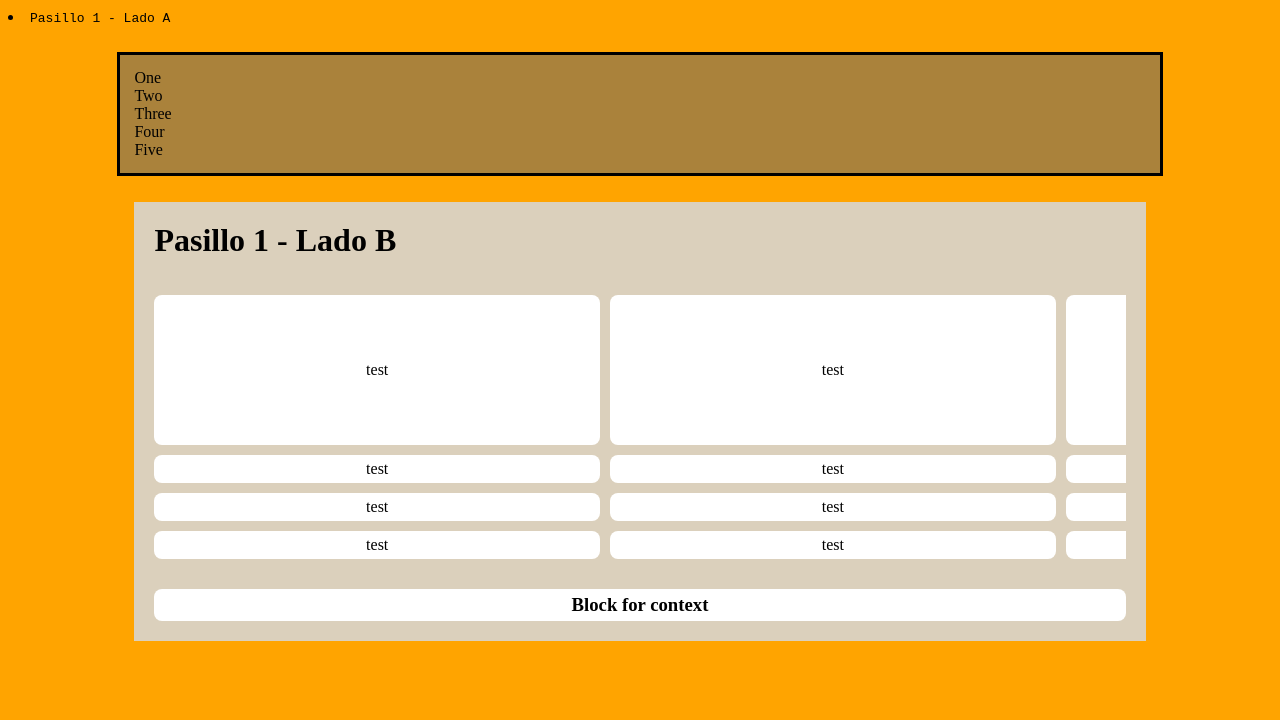
Repository: Franzcod/DepoStock_Web
Page: index.html
An editor plug-in stored every save of this project. The page is shown before and after the next save, followed by the edit.
The browser window is 1280 px wide. The pictures show the whole page.

Above is the page before, as saved 2020-06-07 02:21:09.
Console error: ReferenceError: ur is not defined

### index.html
<!DOCTYPE html>
<html lang="en">
<head>
    <meta charset="UTF-8">
    <meta name="viewport" content="width=device-width, initial-scale=1.0">
    <title>Deposito Probusol</title>

    <link rel="stylesheet" href="estilo/estilo.css">
</head>
<body>

    <li><code>Pasillo 1 - Lado A</code>
        <div id="div2">
            <div class="wrapper">
                <div class="box1">One</div>
                <div class="box2">Two</div>
                <div class="box3">Three</div>
                <div class="box4">Four</div>
                <div class="box5">Five</div>
            </div>
        </div>
    </li>

    <div class="app">
        <h1>Pasillo 1 - Lado B</h1>

        <ul class="hs">
            <li class="item">test</li>
            <li class="item">test</li>
            <li class="item">test</li>
            <li class="item">test</li>
            <li class="item">test</li>
            <li class="item">test</li>
            <li class="item">test</li>
            <li class="item">test</li>
            <li class="item">test</li>
            <li class="item">test</li>
            <li class="item">test</li>
            <li class="item">test</li>
            <li class="item">test</li>
            <li class="item">test</li>
            <li class="item">test</li>
            <li class="item">test</li>
            <li class="item">test</li>
            <li class="item">test</li>
            <li class="item">test</li>
            <li class="item">test</li>
            <li class="item">test</li>
            <li class="item">test</li>
            <li class="item">test</li>
            <li class="item">test</li>
        </ul>

        <div class="container">
            <div class="item">
            <h3>Block for context</h3>
            </div>
        </div>
    </div>






    <script>ur</script>

</body>







</html>

### estilo/estilo.css
html{
    background-color: rgba(255, 164, 0, 1);
}

#div2 {
    border: 3px solid black;
    width:  80%;
    height: 40%;
    margin: 2vw auto;
    padding: 2vh 2vh;
    background-color: rgba(105, 105, 105, 0.565);
}

#div2 { overflow-x: scroll;}

:root {
--gutter: 20px;
}

.app {
padding: var(--gutter) 0;
display: grid;
grid-gap: var(--gutter) 0;
grid-template-columns: var(--gutter) 1fr var(--gutter);
align-content: start;
}

.app > * {
grid-column: 2 / -2;
}

.app > .full {
grid-column: 1 / -1;
}

.hs {
display: grid;
grid-gap: calc(var(--gutter) / 2);
grid-template-columns: repeat(6, calc(50% - var(--gutter) * 2));
grid-template-rows: minmax(150px, 1fr);

overflow-x: scroll;
scroll-snap-type: x proximity;
padding-bottom: calc(.75 * var(--gutter));
margin-bottom: calc(-.25 * var(--gutter));
}


/* Demo styles */





ul {
list-style: none;
padding: 0;
}

h1,
h2,
h3 {
margin: 0;
}

.app {
width: 80%;
height: 667px;
background: #DBD0BC;
overflow-y: scroll;
margin: 2vw auto;
height: 40%;
}

.hs > li,
.item {
scroll-snap-align: center;
padding: calc(var(--gutter) / 6 * 1.5);
display: flex;
flex-direction: column;
justify-content: center;
align-items: center;
background: #fff;
border-radius: 8px;
}

After the next save:
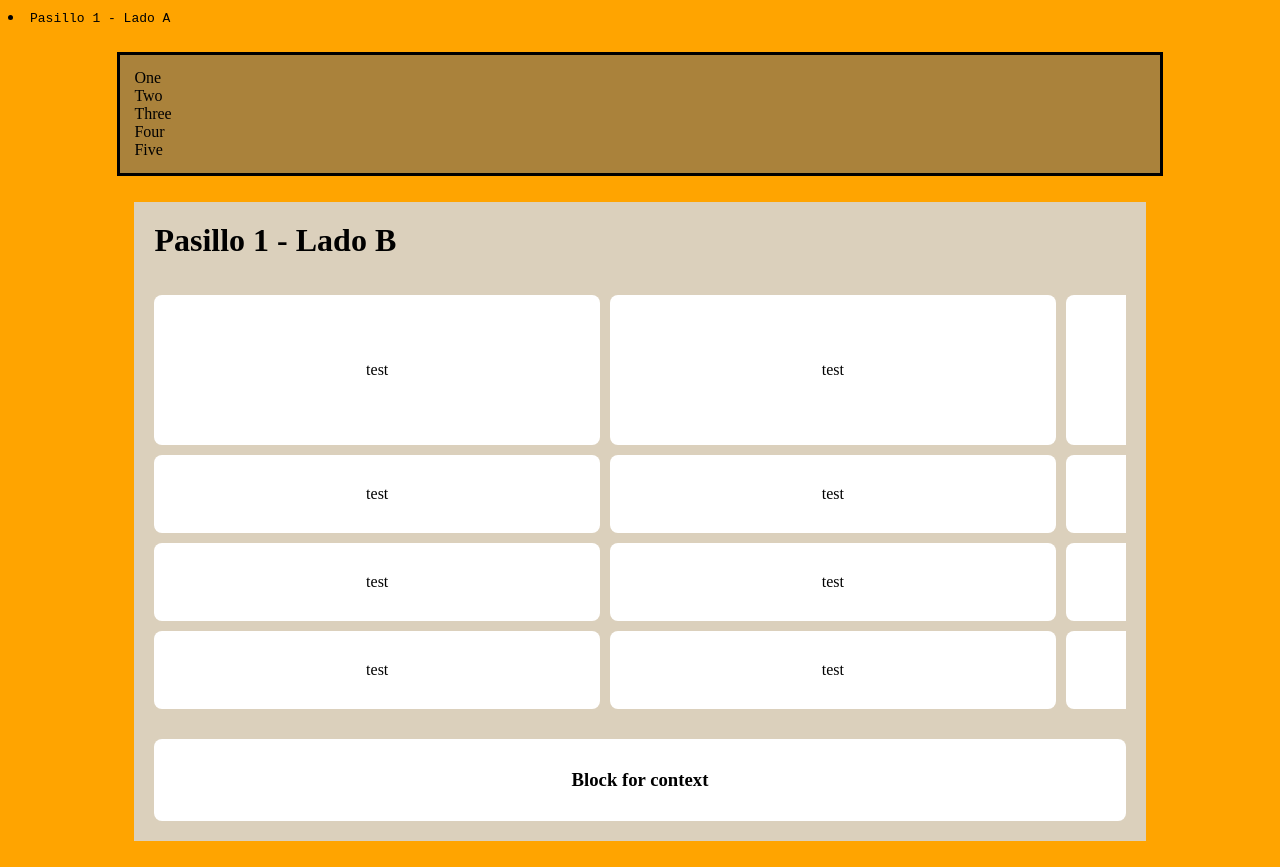
Saved 6 s later.
--- a/estilo/estilo.css
+++ b/estilo/estilo.css
@@ -75,7 +75,7 @@ height: 40%;
 .hs > li,
 .item {
 scroll-snap-align: center;
-padding: calc(var(--gutter) / 6 * 1.5);
+padding: calc(var(--gutter) / 1 * 1.5);
 display: flex;
 flex-direction: column;
 justify-content: center;
